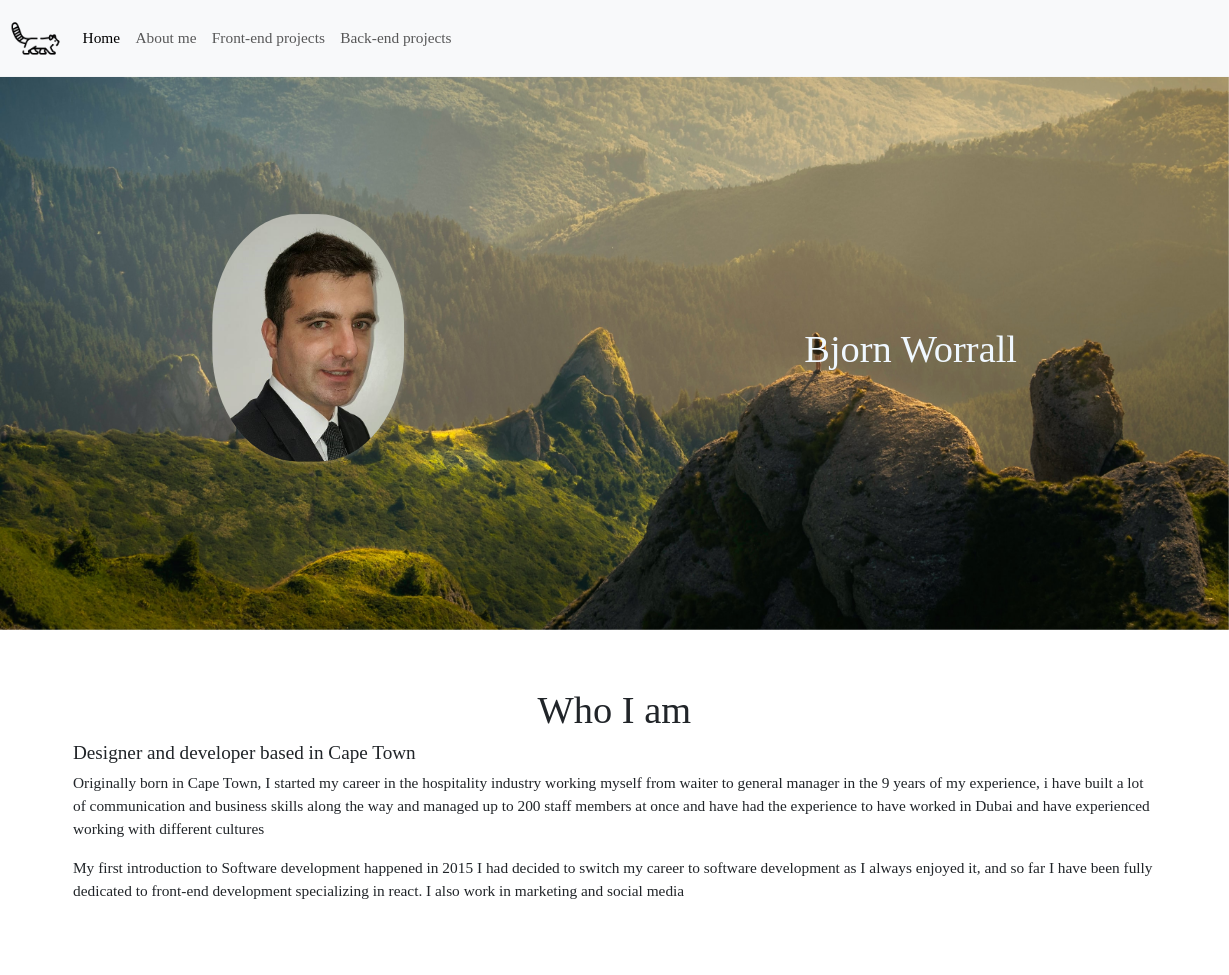
Repository: lasity34/portfolio
Page: index.html
These files come from the project's save history. The page is drawn as it stood at one moment and after the next save; the edit follows.
The browser window is 1280 px wide. The pictures show the whole page, at 96% of full size.
Backgrounds fixed to the window are drawn as part of the page. Some web fonts or font styles are not loaded; a fallback is used.

Above is the page before, as saved 2023-03-13 16:27:48.

### index.html
<!DOCTYPE html>
<html lang="en">
  <head>
    <meta charset="UTF-8" />
    <meta http-equiv="X-UA-Compatible" content="IE=edge" />
    <meta name="viewport" content="width=device-width, initial-scale=1.0" />
    <title>Bjorn Portfolio</title>
    <link rel="preconnect" href="https://fonts.googleapis.com">
<link rel="preconnect" href="https://fonts.gstatic.com" crossorigin>

    <link
      href="https://cdn.jsdelivr.net/npm/bootstrap@5.3.0-alpha1/dist/css/bootstrap.min.css"
      rel="stylesheet"
      integrity="sha384-GLhlTQ8iRABdZLl6O3oVMWSktQOp6b7In1Zl3/Jr59b6EGGoI1aFkw7cmDA6j6gD"
      crossorigin="anonymous"
    />
    <script
      src="https://cdn.jsdelivr.net/npm/bootstrap@5.3.0-alpha1/dist/js/bootstrap.bundle.min.js"
      integrity="sha384-w76AqPfDkMBDXo30jS1Sgez6pr3x5MlQ1ZAGC+nuZB+EYdgRZgiwxhTBTkF7CXvN"
      crossorigin="anonymous"
    ></script>
    <link rel="stylesheet" type="text/css" href="styles.css" />
    <link href="https://fonts.googleapis.com/css2?family=Euphoria+Script&display=swap" rel="stylesheet">
  </head>
  <body>
    <nav class="navbar navbar-expand-lg bg-body-tertiary">
      <div class="container-fluid d-flex justify-content-between">
        <a class="navbar-brand" href="#"
          ><img width="50" height="54" src="./Images/red-panda.png"
        /></a>
        <button
          class="navbar-toggler"
          type="button"
          data-bs-toggle="collapse"
          data-bs-target="#navbarNavAltMarkup"
          aria-controls="navbarNavAltMarkup"
          aria-expanded="false"
          aria-label="Toggle navigation"
        >
          <span class="navbar-toggler-icon"></span>
        </button>
        <div class="collapse navbar-collapse" id="navbarNavAltMarkup">
          <div class="navbar-nav" id="color">
            <a class="nav-link active" aria-current="page" href="#">Home</a>
            <a class="nav-link" href="#about_me">About me</a>
            <a class="nav-link" href="#">Front-end projects</a>
            <a class="nav-link">Back-end projects</a>
          </div>
        </div>
      </div>
    </nav>
    <section class="container-fluid intro_container ">
      <div class="info_container general_container">
        <img src="./Images/profile_pic.jpg" class="img-fluid" />
        <h1>Bjorn Worrall</h1>
      </div>
    </section>
    <section class="container-fluid about_container" id="about_me">
      <div>
        <h2>Who I am</h2>
        <h5>Designer and developer based in Cape Town</h5>
        <p>
          Originally born in Cape Town, I started my career in the hospitality
          industry working myself from waiter to general manager in the 9 years
          of my experience, i have built a lot of communication and business
          skills along the way and managed up to 200 staff members at once and
          have had the experience to have worked in Dubai and have experienced
          working with different cultures
        </p>
        <p>
          My first introduction to Software development happened in 2015 I had
          decided to switch my career to software development as I always
          enjoyed it, and so far I have been fully dedicated to front-end
          development specializing in react. I also work in marketing and social
          media
        </p>
      </div>
    </section>
  </body>
</html>

### styles.css
/* global */

* {
    font-family: 'Euphoria Script', cursive;
}

body, html {
  margin: 0;
}

/* nav  */





/* Intro */

.intro_container {
    background: url(./Images/profile_img.jpg) no-repeat fixed center bottom;
	background-size: cover;
    height: 80vh;
    display: flex;
    align-items: center;
    justify-content: center;
}



.info_container img {
 border-radius: 45%;
 box-shadow: 2px 2px 4px rgba(216, 207, 207, 0.2);
 width: 100px;
 margin-bottom: 2em;
}

.info_container h1 {
    color: aliceblue;
    font-size: 2.5rem;
}

.general_container {
    display: flex;
    flex-direction: column;
    align-items: center;
    width: 100%;
    height: 40vh;

}




@media (min-width: 576px) {
    .general_container {
        flex-direction: row;
        justify-content: space-around;
    }

    .info_container img {

    }
}

@media (min-width: 768px) {
    .info_container img {
        width: 150px;

    }
}

@media (min-width: 1200px) {
    .info_container img {
        width: 200px;
    }
}


/* Description */


.about_container {
    height: 50vh;
    max-width: 90%;
    display: flex;
    align-items: center;
}


#about_me h2 {
    text-align: center;
    font-size: 2.5rem;
}

After the next save:
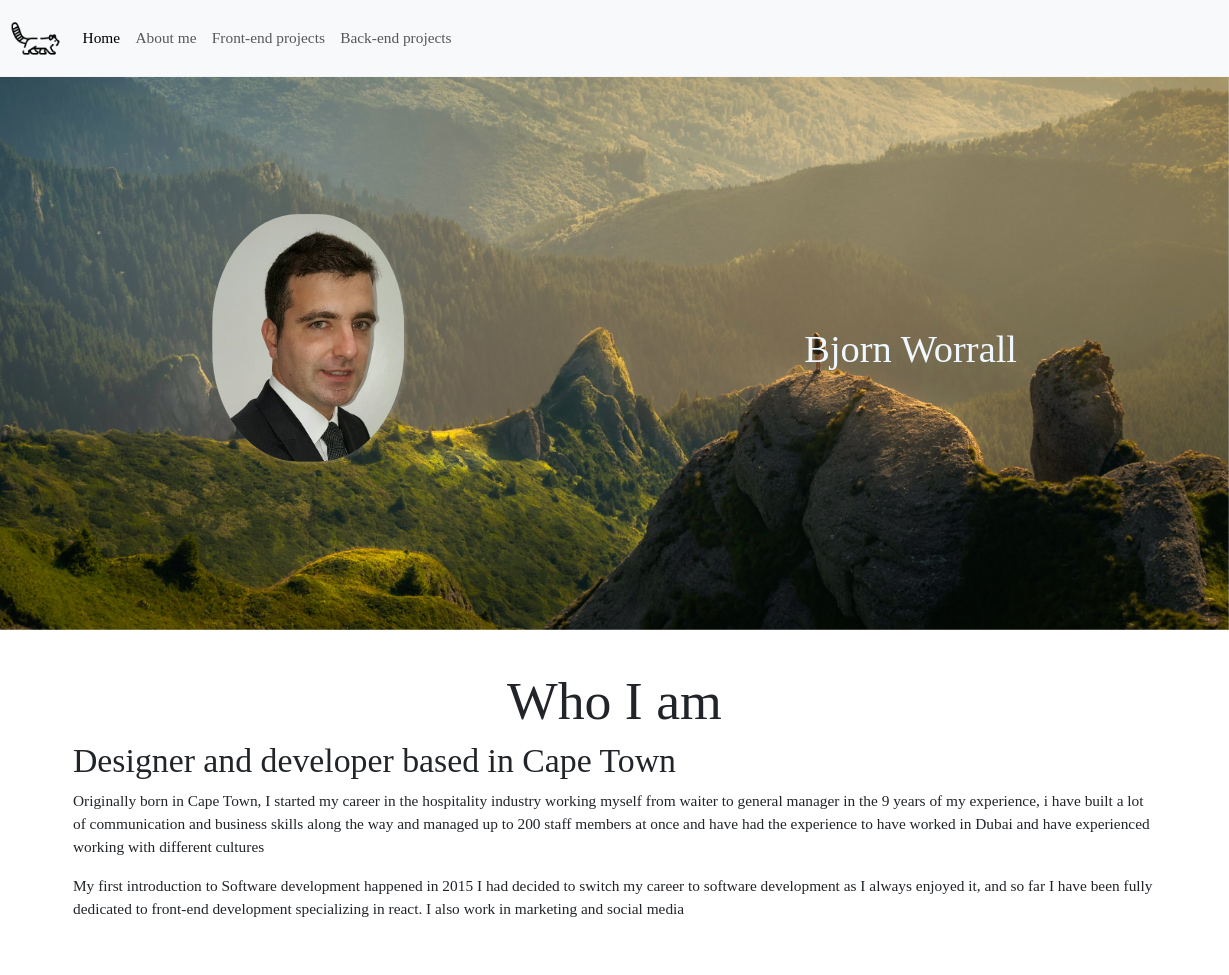
Saved 2 min 5 s later.
--- a/styles.css
+++ b/styles.css
@@ -89,5 +89,10 @@ body, html {
 
 #about_me h2 {
     text-align: center;
-    font-size: 2.5rem;
+    font-size: 3.5rem;
+    text-decoration:dotted
 }
+
+#about_me h5 {
+    font-size: 2.2rem;
+}
